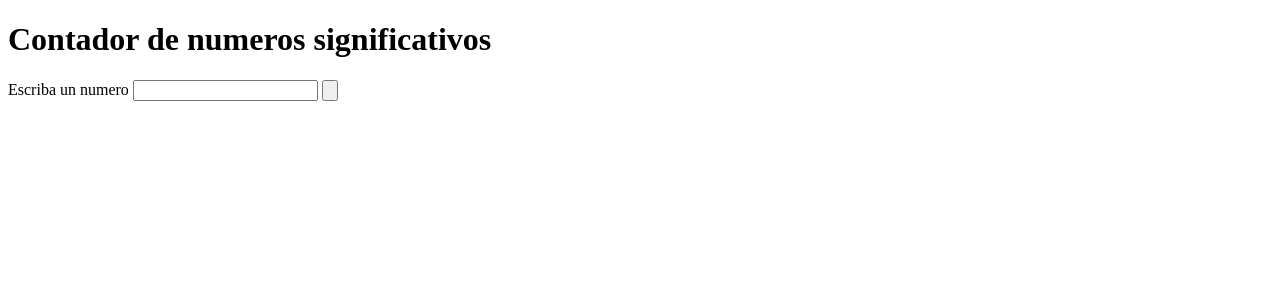
Repository: Mongit/ejerciciosJS
Page: significativos.html
The author's editor kept a record of every edit. The page is drawn from the files as they stood at one moment, then again after the next edit.
The browser window is 1280 px wide. The pictures show the whole page.

Above is the page before.
Console error: TypeError: btn.onclick is not a function

### significativos.html
<!doctype html>

<html lang="en">
<head>
  <meta charset="utf-8">

  <title>Significativos</title>
  <meta name="description" content="Contador de numeros significativos">
  <meta name="author" content="Monserrat">

  <!--[if lt IE 9]>
  <script src="http://html5shiv.googlecode.com/svn/trunk/html5.js"></script>
  <![endif]-->
</head>

<body>
  <h1>Contador de numeros significativos</h1>
  <label>Escriba un numero</label>
  <input type="text" id="txtNumero"/>
  <input type="button" id="btnContar"/>
  <script>
    var contar =function(num) {
      //todos los numeros que no tengan cero
      var regla1 = /^([1-9])+\.{1}([1-9])+$/;
      if(regla1.test(num)) {
          return num.length - 1;
      }

      //ceros entre numeros sin punto
      var regla2 = /^([1-9])+\d+([1-9])+$/;
      if(regla2.test(num)) {
          return num.length;
      }

      //numeros a la izq no son significativos
      var regla3 = /^[0]\.{1}(0)+([1-9])+$/;
      if(regla3.test(num)){
          return num.substr(num.lastIndexOf("0") + 1, num.length).length;
      }

      //regla 4
      var regla4 = /^[1-9]\d+\.{1}\d+$/;
      if(regla4.test(num)) {
          return num.length - 1;
      }

      var regla4a = /^0*\.{1}0*([1-9])+0*$/;
      if(regla4a.test(num)) {
          var decimales =  num.substr(num.lastIndexOf(".") + 1, num.length);
          var primerNumero = decimales.search(/[1-9]/);
          return decimales.substring(primerNumero, num.length).length;
      }

      //regla 5
      var regla5a = /^([1-9])+0*$/;
      if(regla5a.test(num)) {
          return num.substring(0,num.indexOf("0")).length;
      }

      var regla5b = /^([1-9])+0*\.{1}$/;
      if(regla5b.test(num)) {
          return num.length - 1;
      }

      return 0;
  };

  var btn = document.getElementById("btnContar");
  var txt = document.getElementById("txtNumero").value;
  btn.onclick(function(){
    alert(contar(txt));
  });
  </script>
</body>
</html>

After the next edit:
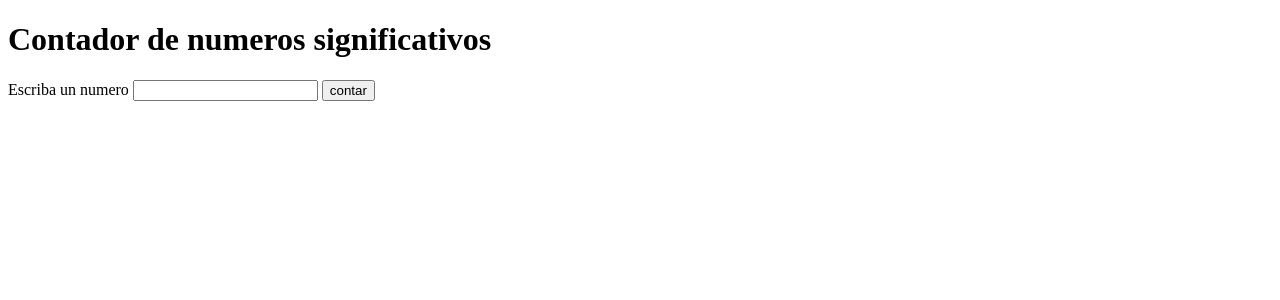
The edit:
--- a/significativos.html
+++ b/significativos.html
@@ -17,7 +17,7 @@
   <h1>Contador de numeros significativos</h1>
   <label>Escriba un numero</label>
   <input type="text" id="txtNumero"/>
-  <input type="button" id="btnContar"/>
+  <input type="button" id="btnContar" value = "contar"/>
   <script>
     var contar =function(num) {
       //todos los numeros que no tengan cero
